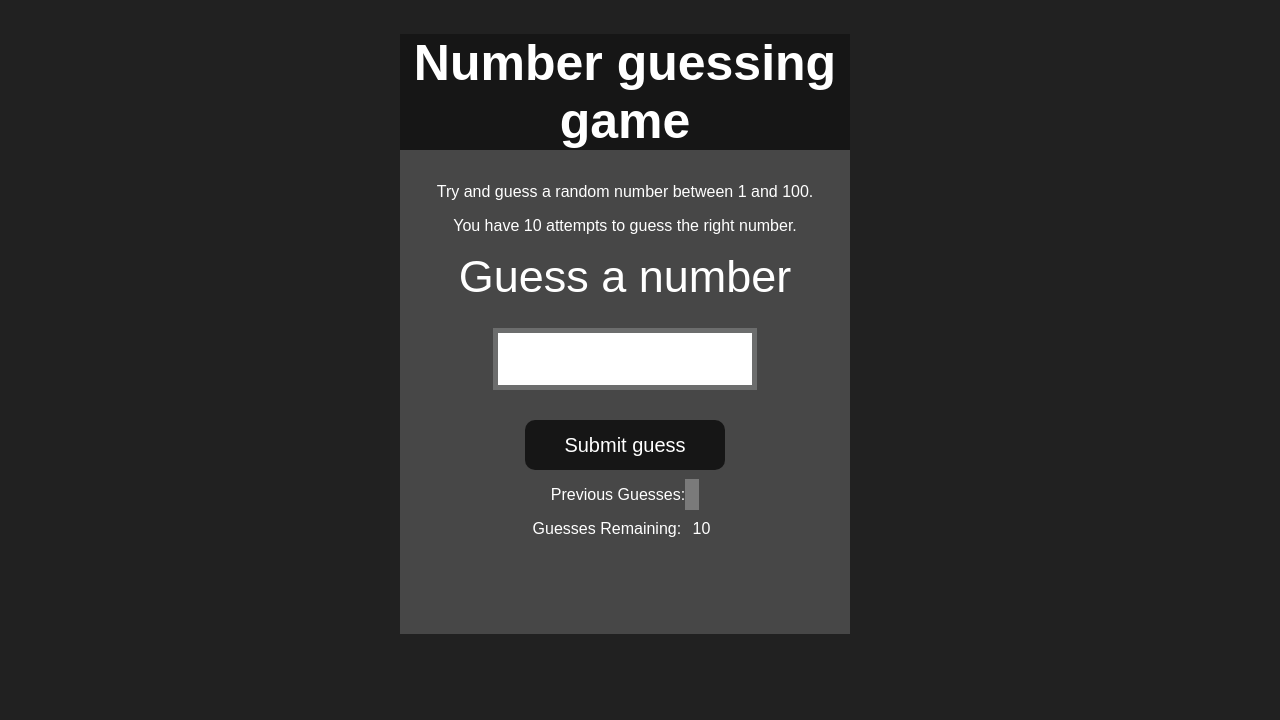
Repository: Chiranshukapil/Mini-project
Page: index.html
These files come from the project's save history. The page is drawn as it stood at one moment and after the next save; the edit follows.
The browser window is 1280 px wide. The pictures show the whole page.

Above is the page before, as saved 2024-06-24 01:37:08.
Not found: styles.css

### index.html
<!DOCTYPE html>
<html lang="en">
<head>
    <meta charset="UTF-8">
    <meta name="viewport" content="width=device-width, initial-scale=1.0">
    <meta http-equiv="X-UA-Compatible" content="ie=edge">
    <title>Number Guessing Game</title>
    <link rel="stylesheet" href="style.css">
    <link rel="stylesheet" href="../styles.css">
</head>
<body style="background-color:#212121; color:#fff;">
  <!-- <nav>
    <a href="/" aria-current="page">Home</a>
    <a target="_blank" href="https://www.youtube.com/@chaiaurcode"
      >Youtube channel</a
    >
  </nav> -->

    <div id="wrapper">
        <h1>Number guessing game</h1>
        <p>Try and guess a random number between 1 and 100.</p>
        <p>You have 10 attempts to guess the right number.</p>

        <form class="form">
            <label for="guessField" id="guess">Guess a number</label>
            <input type="text" id="guessField" class="guessField">
            <input type="submit" id="subt" value="Submit guess" class="guessSubmit">
        </form>

        <div class="resultParas">
            <p >Previous Guesses: <span class="guesses"></span></p>
            <p >Guesses Remaining: <span class="lastResult">10</span></p>
            <p class="lowOrHi"></p>
        </div>
    </div>
    <script src="script.js"></script>
</body>
</html>

### style.css
html {
    font-family: sans-serif;
}

body {
    width: 300px;
    max-width: 750px;
    min-width: 480px;
    margin: 0 auto;
    background-color: #212121;
}

.lastResult {
    color: white;
    padding: 7px;
}

.guesses {
    color: white;
    padding: 7px;
}

button {
    background-color: #141414;
    color: #fff;
    width: 250px;
    height: 50px;
    border-radius: 25px;
    font-size: 30px;
    border-style: none;
    margin-top: 30px;
    /* margin-left: 50px; */
}

#subt {
    background-color: #161616;
    color: #ffffff;
    width: 200px;
    height: 50px;
    border-radius: 10px;
    font-size: 20px;
    border-style: none;
    margin-top: 30px;
    /* margin-left: 75px; */
}

#guessField {
    color: #000;
    width: 250px;
    height: 50px;
    font-size: 30px;
    border-style: none;
    margin-top: 25px;
    /* margin-left: 50px; */
    border: 5px solid #6c6d6d;
    text-align: center;
}

#guess {
    font-size: 45px;
    /* margin-left: 90px; */
    /* margin-top: 120px; */
    color: #fff;
}

.guesses {
    background-color: #7a7a7a;
}

#wrapper {
    box-sizing: border-box;
    text-align: center;
    width: 450px;
    height: 600px;
    background-color: #474747;
    color: #fff;
    font-size: 25px;
}

h1 {
    background-color: #161616;
    color: #fff;
    text-align: center;
}

p {
    font-size: 16px;
    text-align: center;
}

### script.js
let randomnumber = parseInt(Math.random()*100 + 1)

const submit = document.querySelector('#subt')
const userinput = document.querySelector('#guessField')
const guessslot = document.querySelector('.guesses')
const remaining = document.querySelector('.lastResult')
const loworhi = document.querySelector('.lowOrHi')
const startover = document.querySelector('.resultParas')

const p = document.createElement('p')

let Prevguesses = []
let numguesses = 1

let playgame = true

if(playgame){
    submit.addEventListener('click', function(e){
        e.preventDefault()
        const guess = parseInt(userinput.value)
        validateguess(guess)
    })
}
function validateguess(guess){
    if(isNaN(guess)){
        alert('Please enter a valid number')
    }
    else if(guess<1){
        alert("Please enter number greater than 0")
    }else if(guess>100){
        alert('Please enter a number less than 100')
    }else{
        Prevguesses.push(guess)
        if(numguesses===11){
            displayguess(guess)
            displaymessage(`Game Over. Random number was ${randomnumber}`)
            endgame()
        }else{
            displayguess(guess)
            checkGuess(guess)
        }
    }

}

function checkGuess(guess){
    if(guess===randomnumber){
        displaymessage("You Guessed it right")
        endgame()
    }else if(guess<randomnumber){
        displaymessage("Your guess is tooooooooo low")
    }else if(guess>randomnumber){
        displaymessage("Your guess is tooooooooo high")
    }
}

function displayguess(guess){
    userinput.value=''
    guessslot.innerHTML += `${guess}, `
    numguesses++
    remaining.innerHTML = `${11-numguesses}`
}

function displaymessage(message){
    loworhi.innerHTML = `<h2>${message}</h2>`
}

function endgame(){
    userinput.value = ''
    userinput.setAttribute('disabled','')
    p.classList.add('button')
    p.innerHTML = '<h2 id="newGame">Start new game</h2>'
    startover.appendChild(p)
    playgame = false
    newgame()
}

function newgame(){
    const newgame = document.querySelector('#newGame')
    newgame.addEventListener('click', function(e){
        randomnumber = parseInt(Math.random()*100 + 1)
        Prevguesses = []
        numguesses = 1
        guessslot.innerHTML = ''
        remaining.innerHTML = `${11-numguesses}`
        userinput.removeAttribute('disabled')
        startover.removeChild(p)
        playgame = true
    })
}

After the next save:
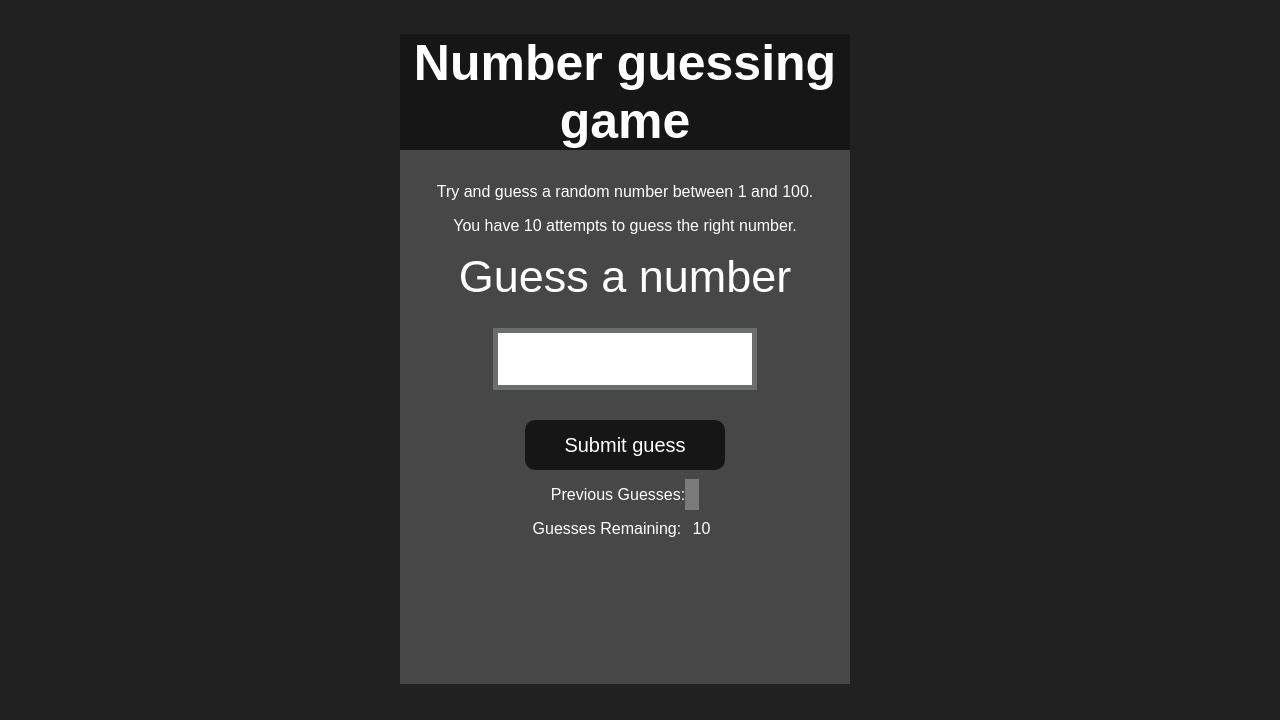
Saved 14 s later.
--- a/style.css
+++ b/style.css
@@ -71,7 +71,7 @@ button {
     box-sizing: border-box;
     text-align: center;
     width: 450px;
-    height: 600px;
+    height: 650px;
     background-color: #474747;
     color: #fff;
     font-size: 25px;
